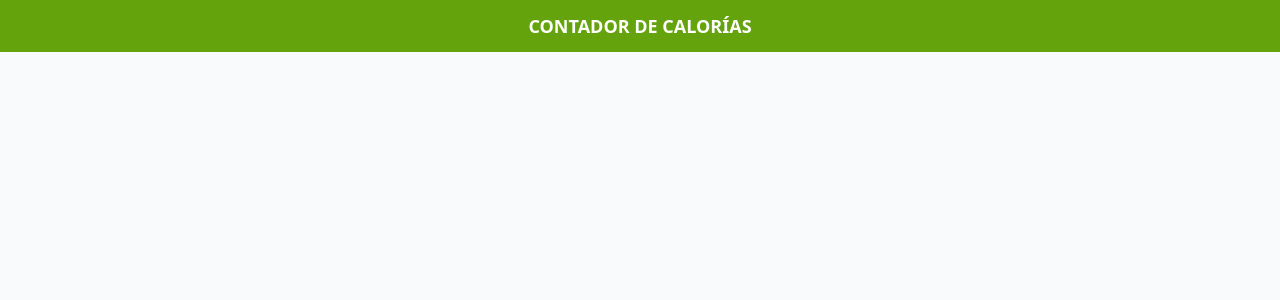
Repository: Samuel-Leal96/contador-calorias-react
Page: /
An editor plug-in stored every save of this project. The page is shown before and after the next save, followed by the edit.
The browser window is 1280 px wide. The pictures show the whole page.
The project was rebuilt for these pictures with package versions that can differ from the ones it lists, and the page was loaded fresh each time. Also part of the build but not shown: vite.config.ts.

Above is the page before, as saved 2025-10-22 16:58:21.

After the next save:
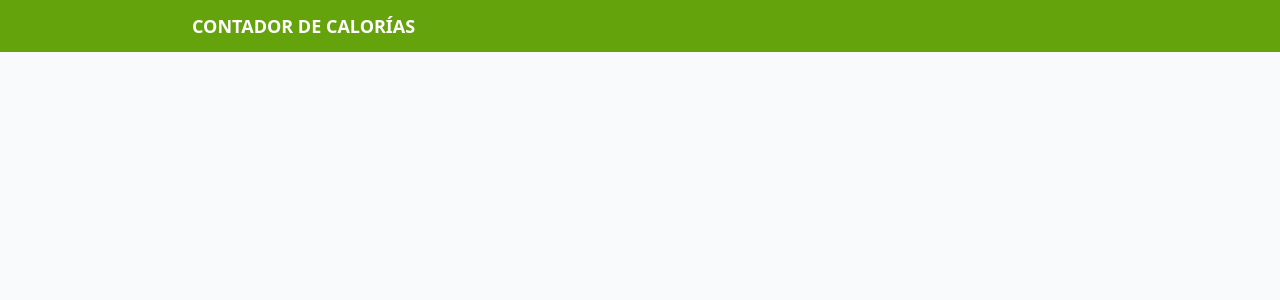
Saved 69 s later.
--- a/src/App.tsx
+++ b/src/App.tsx
@@ -5,9 +5,11 @@ function App() {
   return (
     <>
       <header className="bg-lime-600 py-3">
-        <h1 className="text-center text-lg font-bold text-white uppercase">
-          Contador de calorías
-        </h1>
+        <div className="max-w-4xl mx-auto flex justify-between">
+          <h1 className="text-center text-lg font-bold text-white uppercase">
+            Contador de calorías
+          </h1>
+        </div>
       </header>
     </>
   )
